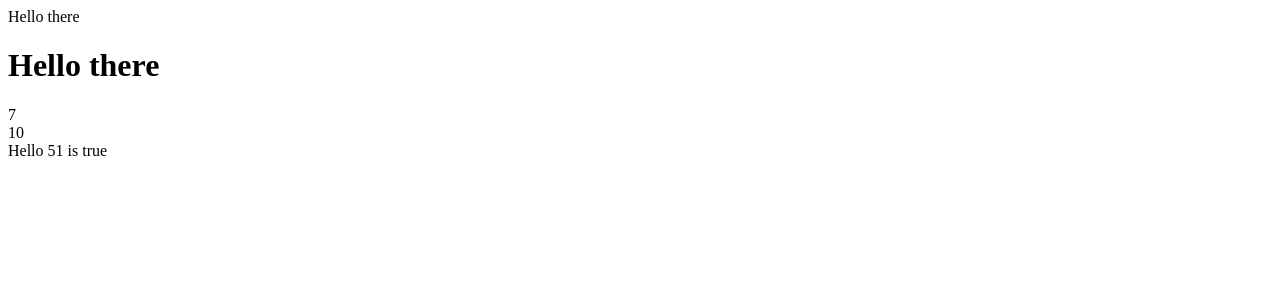
Repository: fzancanaro/AdvanceWeb
Page: http://localhost/test.php
The author's editor kept a record of every edit. The page is drawn from the files as they stood at one moment, then again after the next edit.
The browser window is 1280 px wide. The pictures show the whole page.
The page is run by PHP 8.4 with error messages shown; the project is at /var/www/html/.

Above is the page before.

After the next edit:
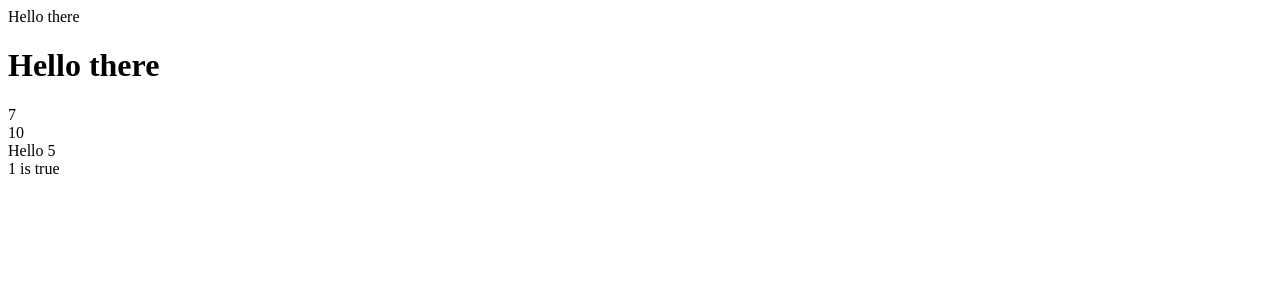
The edit:
--- a/workspace/test.php
+++ b/workspace/test.php
@@ -19,7 +19,7 @@
 echo $a. " ".$d;
 
 //boolean
-
+echo"<br>";
 $g = true;
 $h = 1;
 if($h==true){
